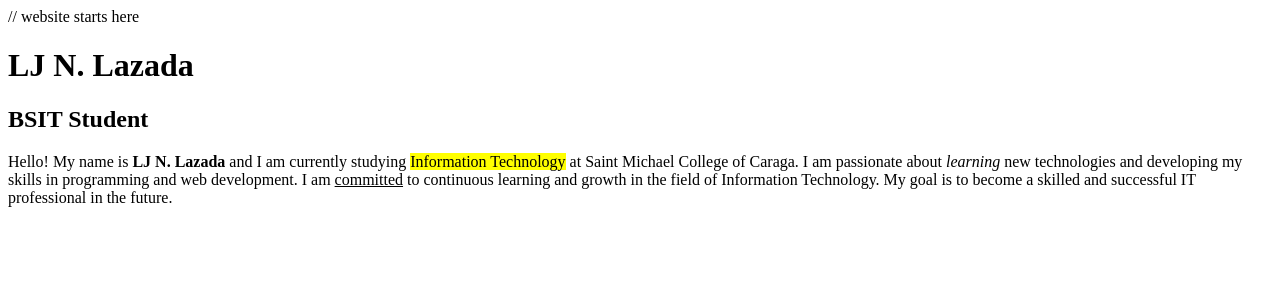
Repository: ljlazada11/myfirsthtml
Page: index.html
These files come from the project's save history. The page is drawn as it stood at one moment and after the next save; the edit follows.
The browser window is 1280 px wide. The pictures show the whole page.

Above is the page before, as saved 2026-06-24 19:03:46.

After the next save:
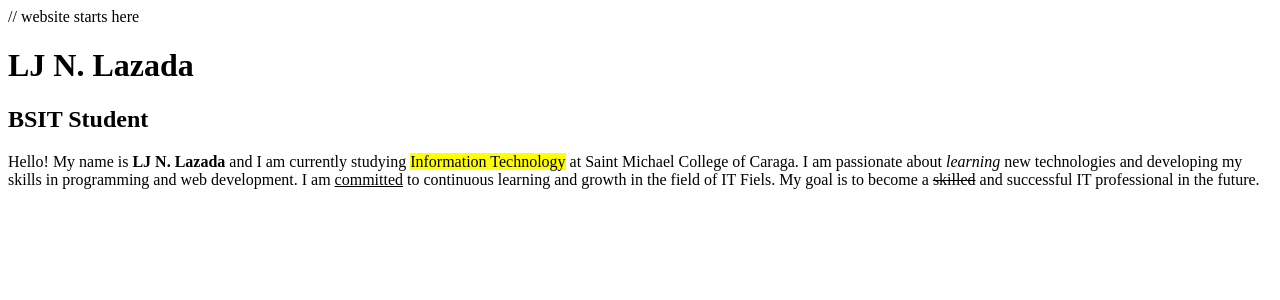
Saved 105 s later.
--- a/index.html
+++ b/index.html
@@ -11,6 +11,6 @@
 <body>
     <h1>LJ N. Lazada</h1>
     <h2>BSIT Student</h2>
-    <p>Hello! My name is <strong>LJ N. Lazada</strong> and I am currently studying <mark>Information Technology</mark> at Saint Michael College of Caraga. I am passionate about <i>learning</i> new technologies and developing my skills in programming and web development. I am <ins>committed</ins> to continuous learning and growth in the field of Information Technology. My goal is to become a skilled and successful IT professional in the future.</p>
+    <p>Hello! My name is <strong>LJ N. Lazada</strong> and I am currently studying <mark>Information Technology</mark> at Saint Michael College of Caraga. I am passionate about <i>learning</i> new technologies and developing my skills in programming and web development. I am <ins>committed</ins> to continuous learning and growth in the field of IT Fiels. My goal is to become a <del>skilled</del> and successful IT professional in the future.</p>
 </body>
 </html>
